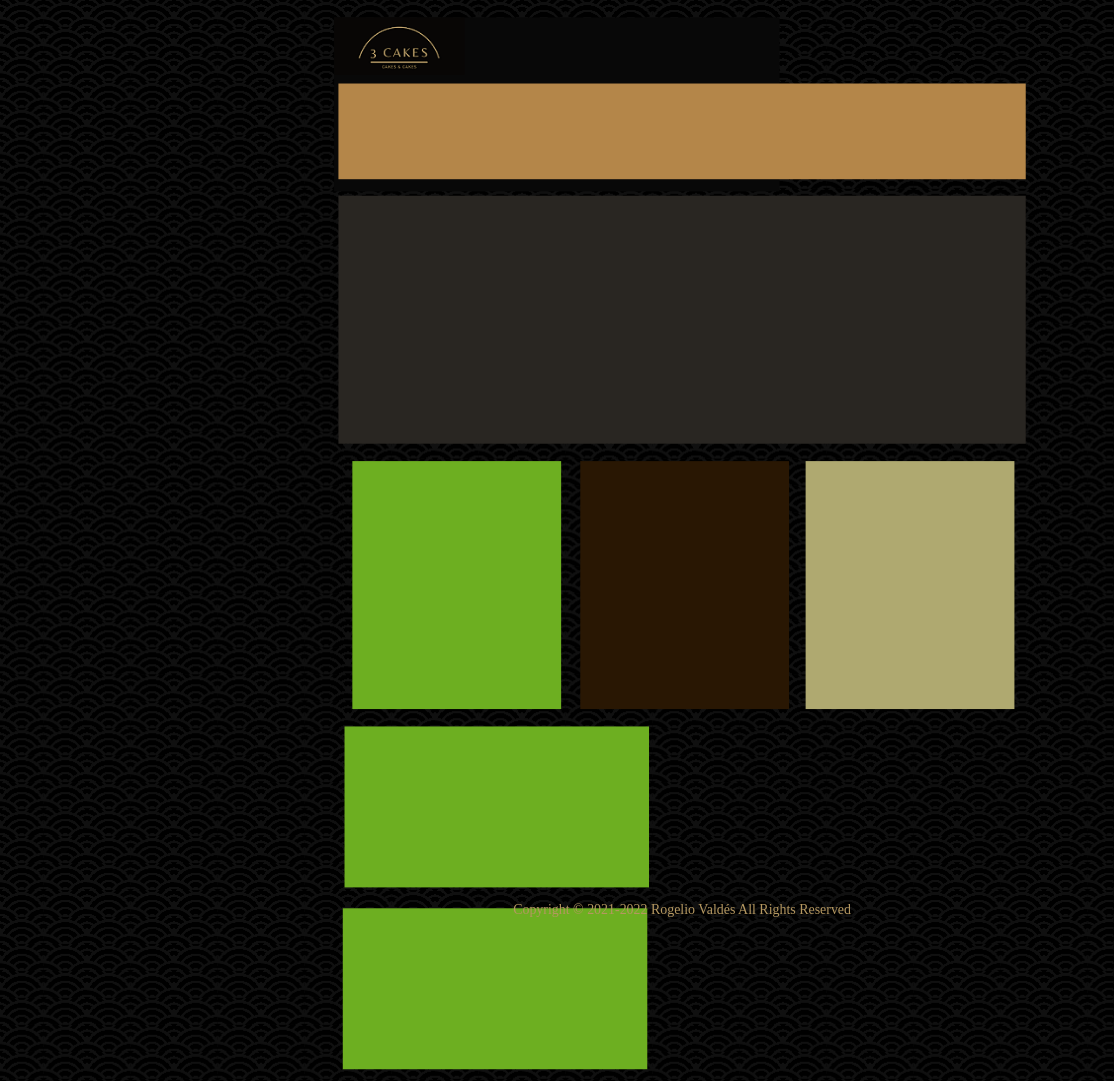
Repository: roge64/htmlfrontend
Page: index.html
The author's editor kept a copy of each file at every save. The page is drawn from the files as they stood at one save, then again after the next save.
The browser window is 1280 px wide. The pictures show the whole page, at 87% of full size.

Above is the page before, as saved 2022-03-02 18:26:02.

After the next save:
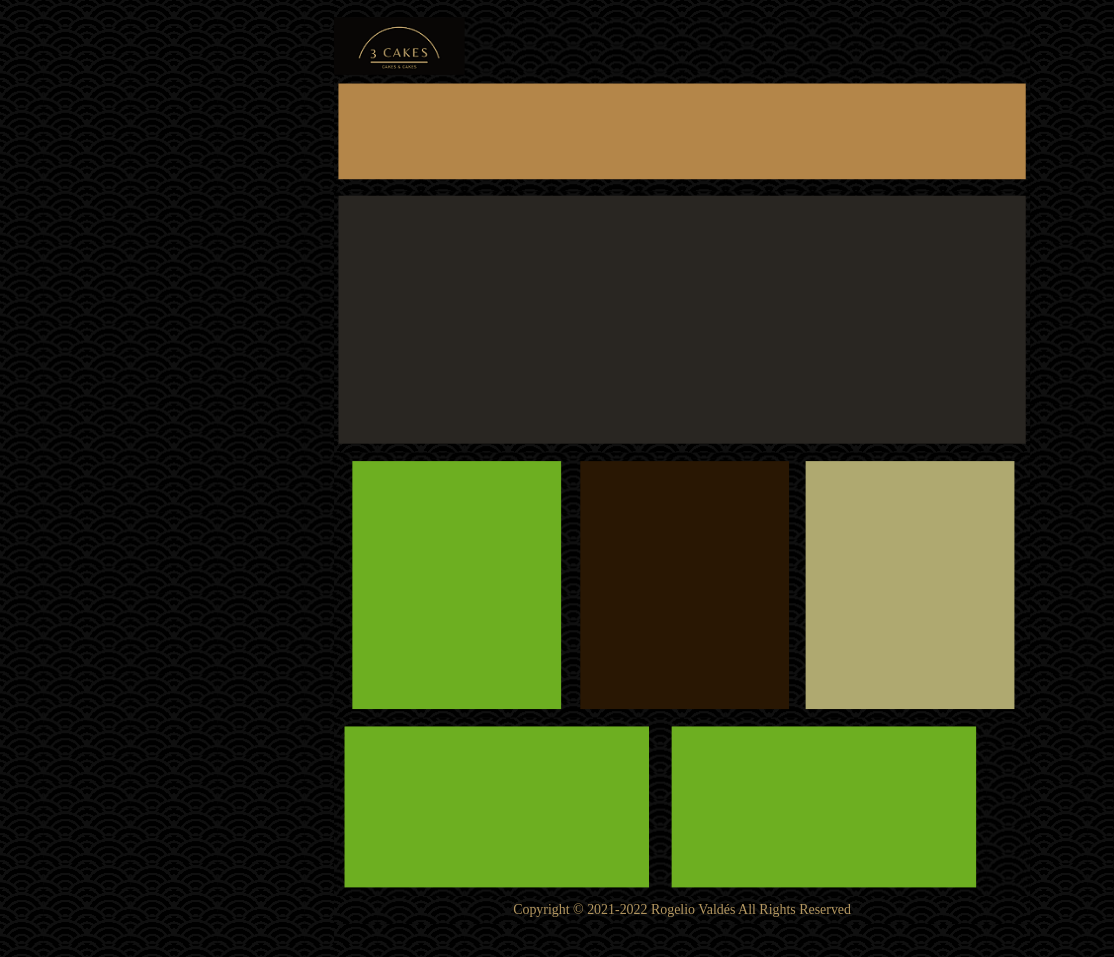
Saved 32 s later.
--- a/estilos/estilos.css
+++ b/estilos/estilos.css
@@ -20,7 +20,7 @@ background-size: 50px 31px;
 /*     background-image: url("/img/papyrus-dark.png"); */
 }
 
-#container, header, #banner, #noticias, #, footer{
+#container, header, #banner, #noticias, #marcas, footer{
     /* background-color:rgb(255, 255, 255); */
     background-color:black;
 background-image:
